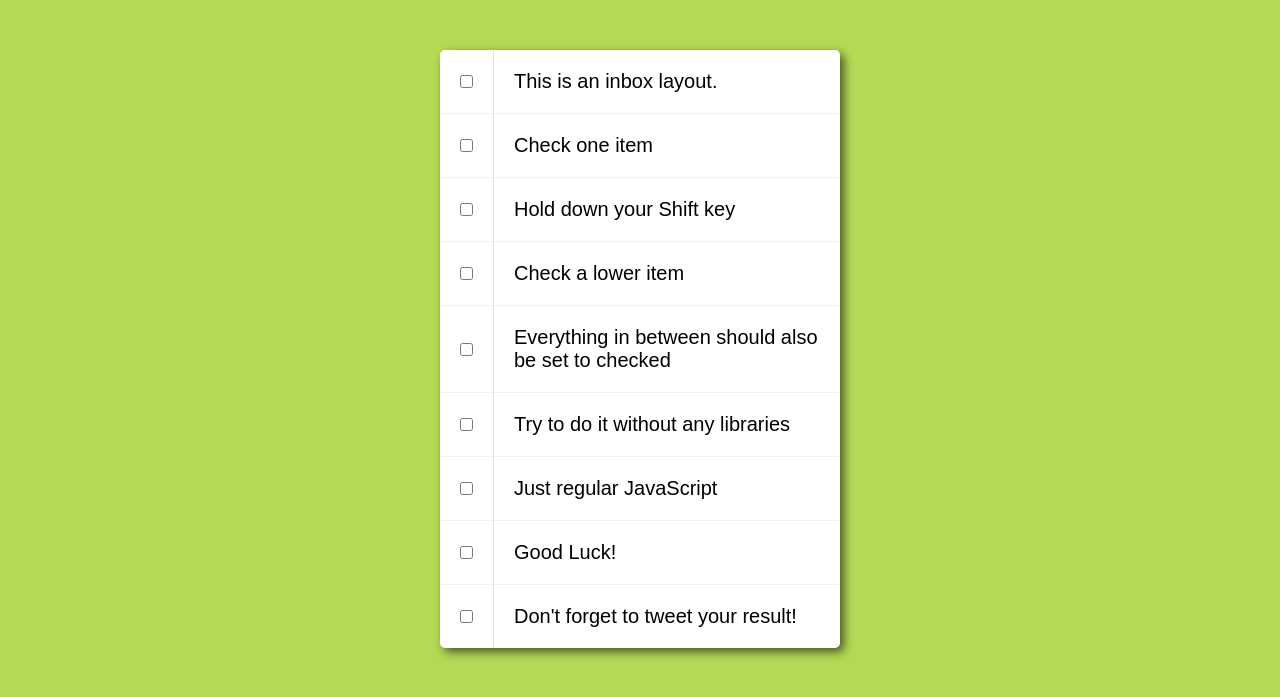
Repository: Freezler/Shift-Select-Checkboxes
Page: index.html
The author's editor kept a copy of each file at every save. The page is drawn from the files as they stood at one save, then again after the next save.
The browser window is 1280 px wide. The pictures show the whole page.

Above is the page before, as saved 2024-09-07 21:15:59.

### index.html
<!DOCTYPE html>
<html lang="en">

<head>
  <meta charset="UTF-8">
  <title>Hold Shift to Check Multiple Checkboxes</title>
  <link rel="icon" href="https://fav.farm/🔥" />
</head>

<body>
  <style>
    html {
      font-family: sans-serif;
      font-weight: 500;

      background: rgb(180, 218, 85);
    }

    .inbox {
      max-width: 400px;
      margin: 50px auto;
      background: white;
      border-radius: 5px;
      box-shadow: 4px 4px 10px rgba(66, 79, 32, 0.947);
    }

    .item {
      display: flex;
      align-items: center;
      border-bottom: 1px solid #F1F1F1;
    }

    .item:last-child {
      border-bottom: 0;
    }

    input:checked+p {
      background: #F9F9F9;
      text-decoration: line-through;
    }

    input[type="checkbox"] {
      margin: 20px;
    }

    p {
      margin: 0;
      padding: 20px;
      transition: background 0.2s;
      flex: 1;

      font-size: 20px;
      font-weight: 200;
      border-left: 1px solid #D1E2FF;
    }
  </style>
  <!--  The following is a common layout you would see in an email client.
        When a user clicks a checkbox, holds Shift, and then clicks another checkbox a few rows down, all the checkboxes in between those two checkboxes should be checked.

  -->
  <div class="inbox">
    <div class="item">
      <input type="checkbox">
      <p>This is an inbox layout.</p>
    </div>
    <div class="item">
      <input type="checkbox">
      <p>Check one item</p>
    </div>
    <div class="item">
      <input type="checkbox">
      <p>Hold down your Shift key</p>
    </div>
    <div class="item">
      <input type="checkbox">
      <p>Check a lower item</p>
    </div>
    <div class="item">
      <input type="checkbox">
      <p>Everything in between should also be set to checked</p>
    </div>
    <div class="item">
      <input type="checkbox">
      <p>Try to do it without any libraries</p>
    </div>
    <div class="item">
      <input type="checkbox">
      <p>Just regular JavaScript</p>
    </div>
    <div class="item">
      <input type="checkbox">
      <p>Good Luck!</p>
    </div>
    <div class="item">
      <input type="checkbox">
      <p>Don't forget to tweet your result!</p>
    </div>
  </div>

  <script>
    const checkboxes = document.querySelectorAll('.inbox input[type="checkbox"]');
    checkboxes.forEach(checkbox => checkbox.addEventListener('click', handleCheck))

    let lastChecked;

    function handleCheck(e) {
      // check for shift-press

      if (e.shiftKey && this.checked) {
        console.log("haha it's clicked with shift down AND checked!")
      }
      if (e.shiftKey && !this.checked) {
        console.log("haha it's clicked with shift down but not checked!")
      }
      lastChecked = this;
    }

  </script>
</body>

</html>

After the next save:
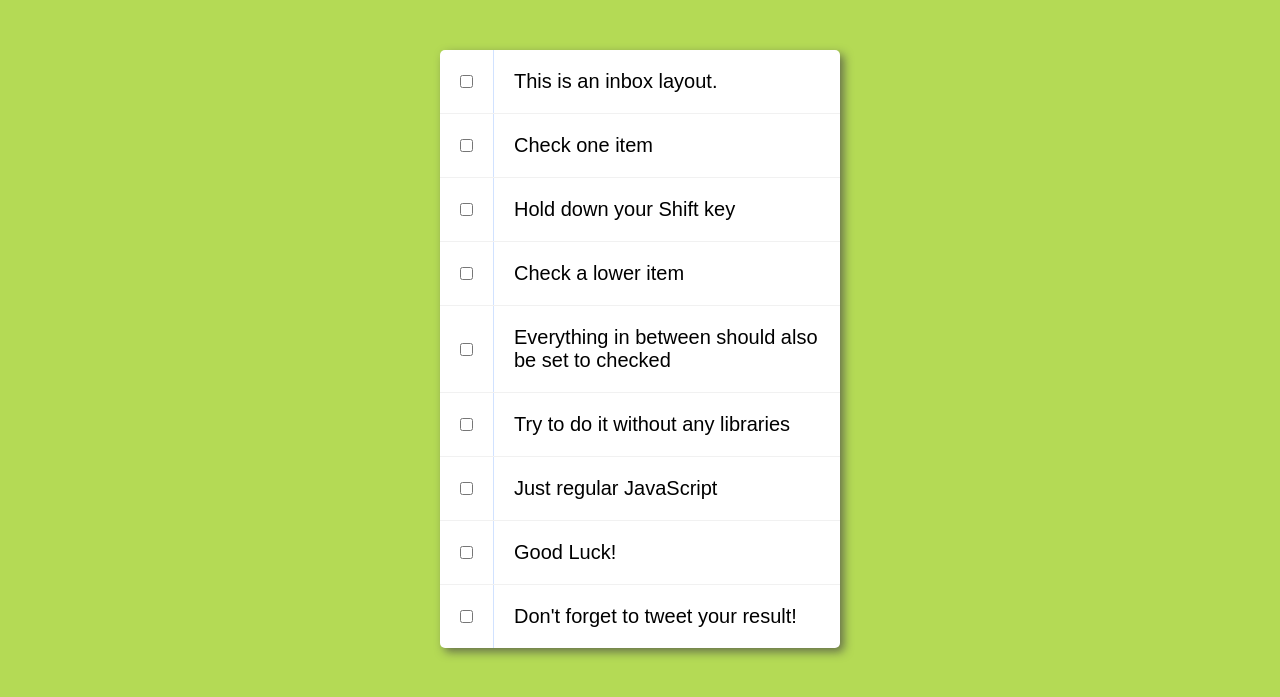
Saved 9 s later.
--- a/index.html
+++ b/index.html
@@ -21,7 +21,7 @@
       margin: 50px auto;
       background: white;
       border-radius: 5px;
-      box-shadow: 4px 4px 10px rgba(66, 79, 32, 0.947);
+      box-shadow: 4px 4px 10px rgba(98, 108, 74, 0.947);
     }
 
     .item {
